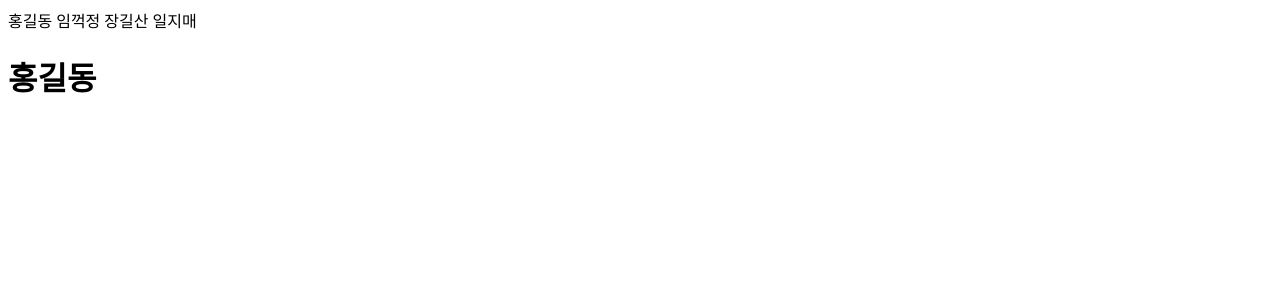
Repository: sonsungeun/jsp-spring
Page: http://localhost/0710_JDBC/test/test.jsp
An editor plug-in stored every save of this project. The page is shown before and after the next save, followed by the edit.
The browser window is 1280 px wide. The pictures show the whole page.
The page is served by Tomcat 9. Other server files are loaded and not shown.

Above is the page before, as saved 2020-08-20 03:42:47.

### 0710_JDBC/WebContent/test/test.jsp
<%@page import="com.oreilly.servlet.MultipartRequest"%>
<%@ page language="java" contentType="text/html; charset=UTF-8"
    pageEncoding="UTF-8"%>
<%@ taglib prefix="c" uri="http://java.sun.com/jsp/jstl/core" %>
<%
	request.setAttribute("name", "홍길동");
	request.setAttribute("age",24);

%>
<!DOCTYPE html>
<html>
<head>
<meta charset="UTF-8">
<title>Insert title here</title>
</head>
<body>
<c:set var="arr" value="홍길동, 임꺽정, 장길산, 일지매" />
<c:forEach var="k" items="${arr}">${k}</c:forEach>
<h1>${name}</h1>
</body>
</html>

After the next save:
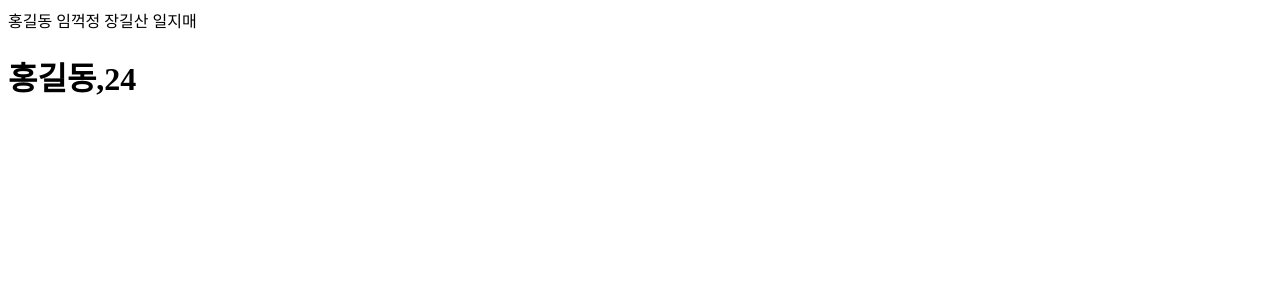
Saved 12 s later.
--- a/0710_JDBC/WebContent/test/test.jsp
+++ b/0710_JDBC/WebContent/test/test.jsp
@@ -16,6 +16,6 @@
 <body>
 <c:set var="arr" value="홍길동, 임꺽정, 장길산, 일지매" />
 <c:forEach var="k" items="${arr}">${k}</c:forEach>
-<h1>${name}</h1>
+<h1>${name},${age}</h1>
 </body>
 </html>
